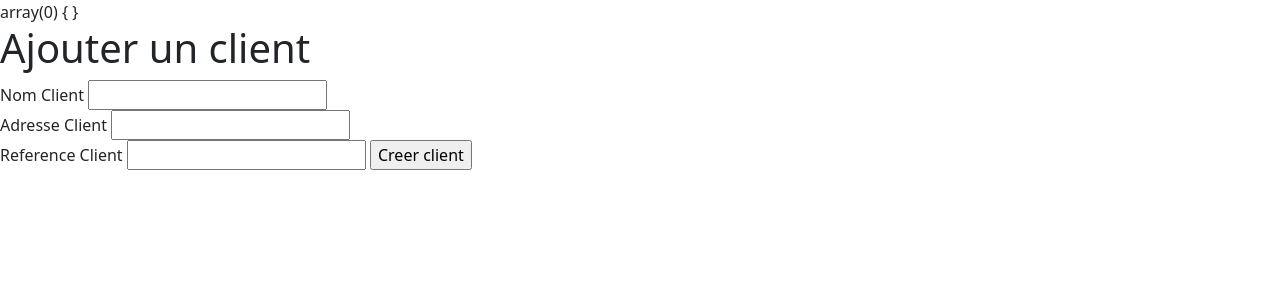
Repository: Elie-Dey/airblio
Page: http://localhost/test.php
The author's editor kept a copy of each file at every save. The page is drawn from the files as they stood at one save, then again after the next save.
The browser window is 1280 px wide. The pictures show the whole page.
The page is run by PHP 8.4 with error messages shown; the project is at /var/www/html/.

Above is the page before, as saved 2022-03-26 02:18:05.

### test.php
<?php

var_dump($_POST);
//Traitement formulaire

if(!empty($_POST)) {
  //Post pas vide, on verifie que toutes les données sont présentes

  if(
    isset($_POST["nom"], $_POST["adresse"], $_POST["reference"])
    && !empty($_POST["nom"]) && !empty($_POST["adresse"]) &&  !empty($_POST["reference"])
  ) {
    //formulaire complet


    //Sécurisation des données
    //  $nom = htmlspecialchars($_POST["nom"]);
    //  $adresse = htmlspecialchars($_POST["adresse"]);
    //  $reference = htmlspecialchars($_POST["reference"]);


     //On peut les enregistrer
     //Connexion à la base de données

     //Definition de constante d'environnement

      // define("DBHOST", "localhost");
      // define("DBUSER", "root");
      // define("DBPASS", "");
      // define("DBNAME", "test");

      //DSN de connexion

      // $dsn = "mysql:dbname=".DBNAME.";host=".DBHOST;

      //On va se connecter à la base

      // try{
      //   //On instancie PDO

      //     $db = new PDO($dsn, DBUSER, DBPASS);

      //     echo "On est connectés";
      // }catch(PDOException $e){
      //     die($e->getMessage());
      // }

echo "On est connectés";
  } else {
    die("Formulaire pas complet");
  }

}
?>
<!DOCTYPE html>
<html lang="en">
  <head>
    <meta charset="UTF-8" />
    <meta http-equiv="X-UA-Compatible" content="IE=edge" />
    <meta name="viewport" content="width=device-width, initial-scale=1.0" />
    <link
      href="https://cdn.jsdelivr.net/npm/bootstrap@5.1.3/dist/css/bootstrap.min.css"
      rel="stylesheet"
      integrity="sha384-1BmE4kWBq78iYhFldvKuhfTAU6auU8tT94WrHftjDbrCEXSU1oBoqyl2QvZ6jIW3"
      crossorigin="anonymous"
    />
    <title>Document</title>
  </head>
  <body>
    <h1>Ajouter un client</h1>
    <form action="" method="post">
      <label for="nom">Nom Client </label>
      <input type="text" name="nom" id="nom" /> <br />
      <label for="Adresse">Adresse Client</label>
      <input type="text" name="adresse" id="adresse" /> <br />
      <label for="reference">Reference Client</label>
      <input type="text" name="reference" id="reference" />
      <input type="submit" value="Creer client" />
    </form>
  </body>
</html>

After the next save:
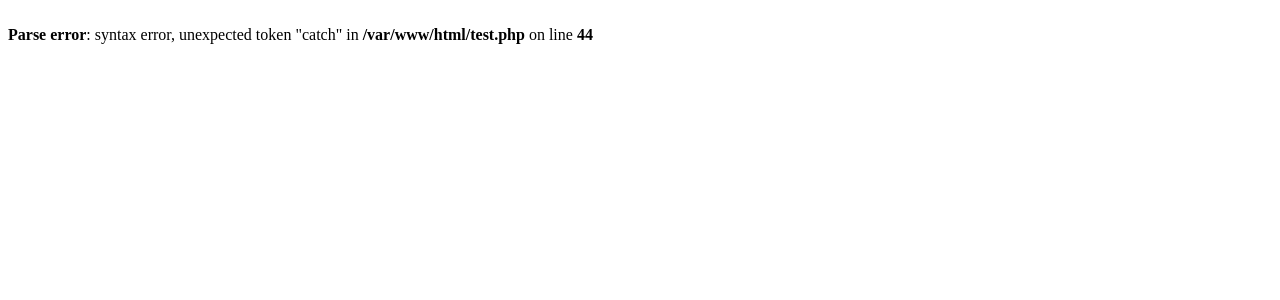
Saved 72 s later.
--- a/test.php
+++ b/test.php
@@ -14,9 +14,9 @@
 
 
     //Sécurisation des données
-    //  $nom = htmlspecialchars($_POST["nom"]);
-    //  $adresse = htmlspecialchars($_POST["adresse"]);
-    //  $reference = htmlspecialchars($_POST["reference"]);
+     $nom = htmlspecialchars($_POST["nom"]);
+     $adresse = htmlspecialchars($_POST["adresse"]);
+     $reference = htmlspecialchars($_POST["reference"]);
 
 
      //On peut les enregistrer
@@ -24,26 +24,26 @@
 
      //Definition de constante d'environnement
 
-      // define("DBHOST", "localhost");
-      // define("DBUSER", "root");
-      // define("DBPASS", "");
-      // define("DBNAME", "test");
+      define("DBHOST", "localhost");
+      define("DBUSER", "root");
+      define("DBPASS", "");
+      define("DBNAME", "test");
 
       //DSN de connexion
 
-      // $dsn = "mysql:dbname=".DBNAME.";host=".DBHOST;
+      $dsn = "mysql:dbname=".DBNAME.";host=".DBHOST;
 
       //On va se connecter à la base
 
       // try{
-      //   //On instancie PDO
+        //On instancie PDO
 
-      //     $db = new PDO($dsn, DBUSER, DBPASS);
+          $db = new PDO($dsn, DBUSER, DBPASS);
 
-      //     echo "On est connectés";
-      // }catch(PDOException $e){
-      //     die($e->getMessage());
-      // }
+          echo "On est connectés";
+      }catch(PDOException $e){
+          die($e->getMessage());
+      }
 
 echo "On est connectés";
   } else {

After the save that followed:
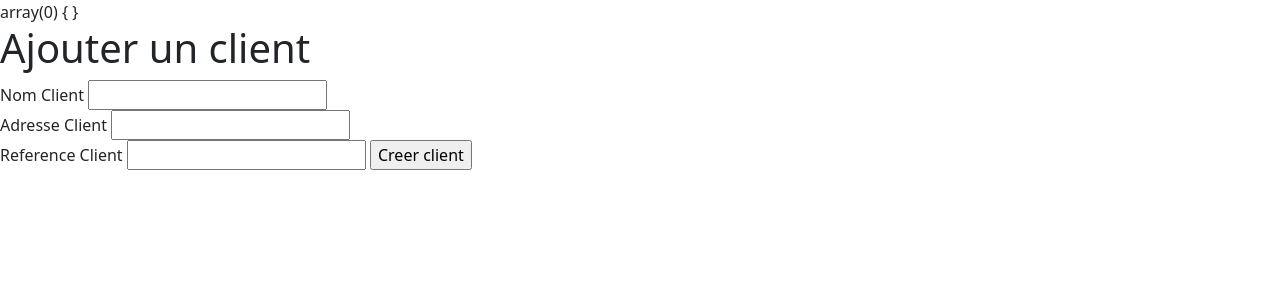
Saved 15 s later.
--- a/test.php
+++ b/test.php
@@ -35,7 +35,7 @@
 
       //On va se connecter à la base
 
-      // try{
+      try{
         //On instancie PDO
 
           $db = new PDO($dsn, DBUSER, DBPASS);
@@ -45,7 +45,6 @@
           die($e->getMessage());
       }
 
-echo "On est connectés";
   } else {
     die("Formulaire pas complet");
   }
